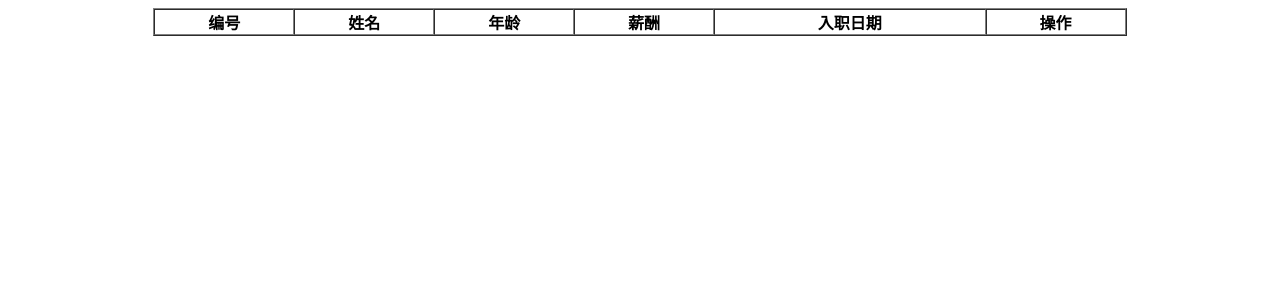
Repository: qyl1006/JavaApps
Page: http://localhost/web-045-tomcat-crud/student
The author's editor kept a copy of each file at every save. The page is drawn from the files as they stood at one save, then again after the next save.
The browser window is 1280 px wide. The pictures show the whole page.
The page is served by Tomcat 9. Queries for data that is not in the repository find no rows.

Above is the page before, as saved 2018-03-05 06:57:58.

After the next save:
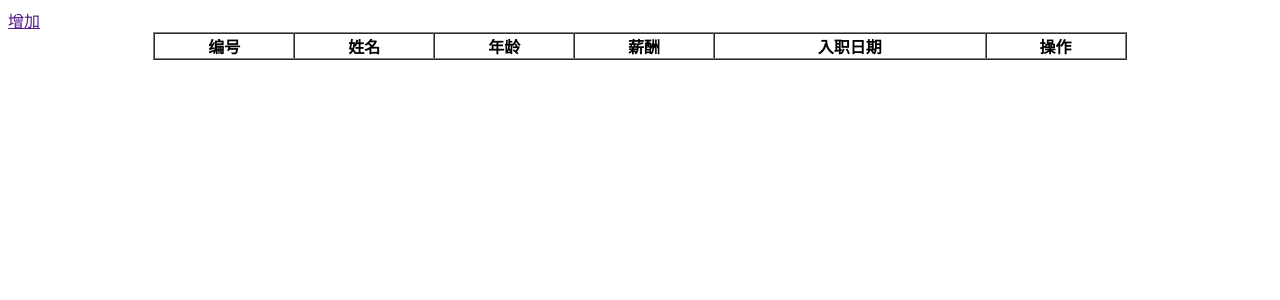
Saved 8 s later.
--- a/workspace/web-045-tomcat-crud/webapp/WEB-INF/views/student/list.jsp
+++ b/workspace/web-045-tomcat-crud/webapp/WEB-INF/views/student/list.jsp
@@ -13,7 +13,7 @@
 
 <table align="center" border="1" cellpadding="0" cellspacing="0" width="77%">
 	<tr align="center">
-		<a></a>
+		<a href="">增加</a>
 	</tr>
 	<tr>
 		<th>编号</th>
